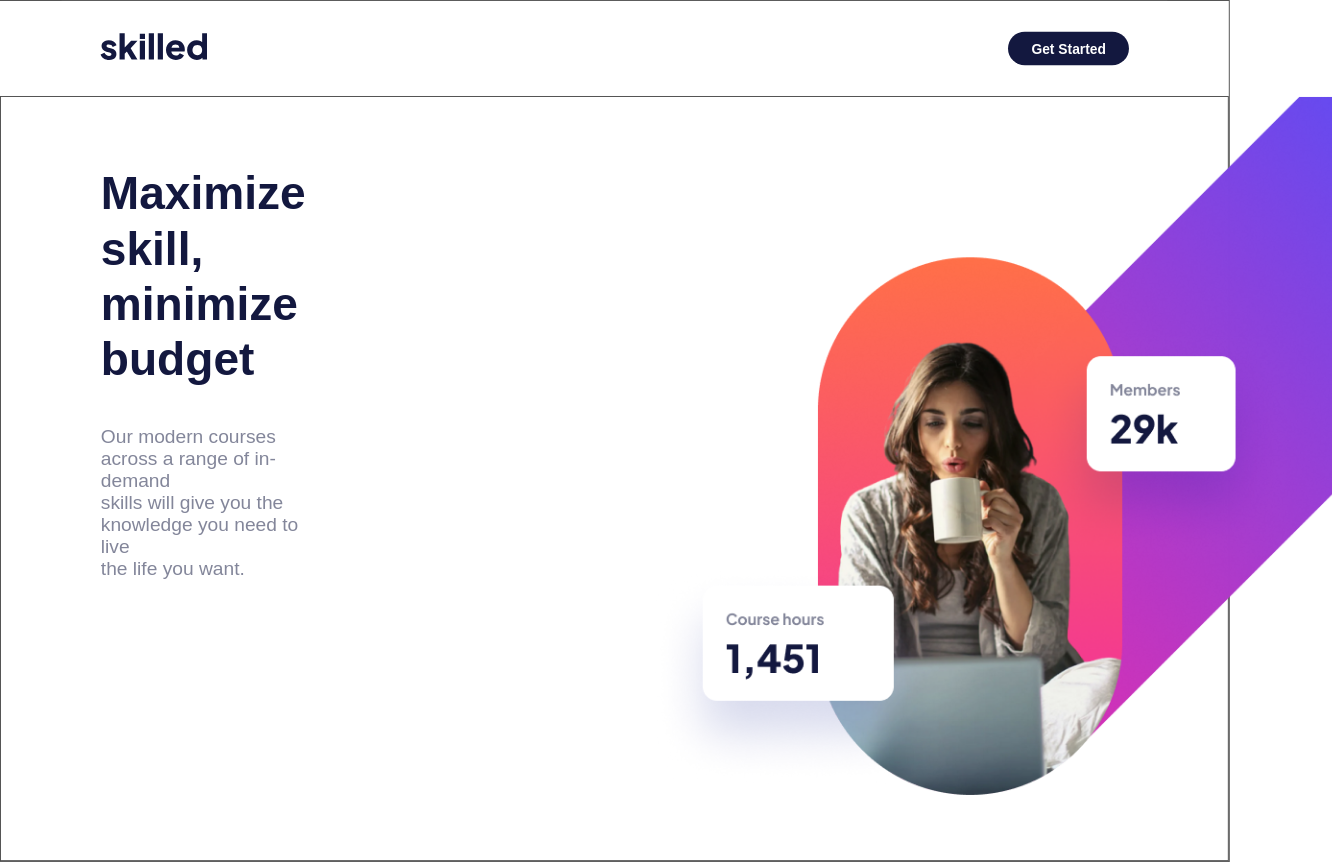
Repository: exe-walt/E-Learning-Landing-Page
Page: index.html
The author's editor kept a copy of each file at every save. The page is drawn from the files as they stood at one save, then again after a run of saves.
The browser window is 1280 px wide. The page is 1388 px wide, then 1280 px, then 1388 px, so the pictures cover 1388 px, including what lies to the right of the window. The pictures show the whole page, at 96% of full size.
Some web fonts or font styles are not loaded; a fallback is used.

Above is the page before, as saved 2025-05-27 20:53:16.

### index.html
<!DOCTYPE html>
<html lang="en">
<head>
  <meta charset="UTF-8">
  <meta name="viewport" content="width=device-width, initial-scale=1.0">
  <title>Skilled E-Learning Page</title>
  <link rel="stylesheet" href="css/style.css">
  <link href="https://fonts.cdnfonts.com/css/plus-jakarta-sans" rel="stylesheet">
</head>
<body>
  <div class="content-container">
    <nav>
      <div class="navbar">
        <ul>
          <li id="logo">
            <img src="img/skilled-logo.svg" alt="logo">
          </li>
          <li class="navbar-button">
            <button>Get Started</button>
          </li>
        </ul>
      </div>
    </nav>

    <section class="hero-section">
      <div class="hero-text">
        <h1>Maximize skill, <br>minimize budget</h1>

        <p>
          Our modern courses across a range of in-demand <br> skills will give you the knowledge you need to live <br> the life you want.
        </p>
      </div>

      <div class="hero-image">
        <img src="img/hero-img.png" alt="main-image">
      </div>
    </section>
  </div>

</body>
</html>

### css/style.css
* {
  font-family: "Plus Jakarta Sans", sans-serif;
}
body {
  margin: 0;
  display: flex;
  justify-content: center;
  align-items: center;
}

.content-container {
  background-color: #ffffff;
  max-width: 100%;
  width: 100%;
  height: auto;

  border: 1px solid #4f4f4f;
}

.navbar {
  display: flex;
  justify-content: space-between;
  align-items: center;
  padding: 2rem 2.5rem;
  background-color: white;
  margin-left: 4em;
  margin-right: 4em;
}

.navbar ul {
  display: flex;
  align-items: center;
  justify-content: space-between;
  width: 100%;
  list-style: none;
  margin: 0;
  padding: 0;
}

.logo img {
  height: 1.75rem;
  width: auto;
}

.navbar-button button {
  background-color: #13183F;
  color: white;
  border: none;
  border-radius: 999px;
  padding: 0.6rem 1.5rem;
  font-weight: 600;
  font-size: 0.9rem;
  cursor: pointer;
  transition: background-color 0.3s ease;
}

.navbar-button button:hover {
  background-color: #666ca3;
}

.hero-section{
  border: 1px solid #4f4f4f;
  display: flex;
}

.hero-text{
  margin-left: 4em;
  padding: 2rem 2.5rem;

}

.hero-text h1 {
  font-family: 'Plus Jakarta Sans', sans-serif;
  font-weight: 800; /* ExtraBold */
  font-size: 3rem;
  line-height: 1.2;
  color: #13183F;
}

.hero-text p{
  font-family: 'Plus Jakarta Sans', sans-serif;
  font-weight: 500; /* Medium */
  font-size: 1.25rem;
  color: #83869a;
}

.hero-image img{
  margin-left: 20em;
}

After the next 2 saves:
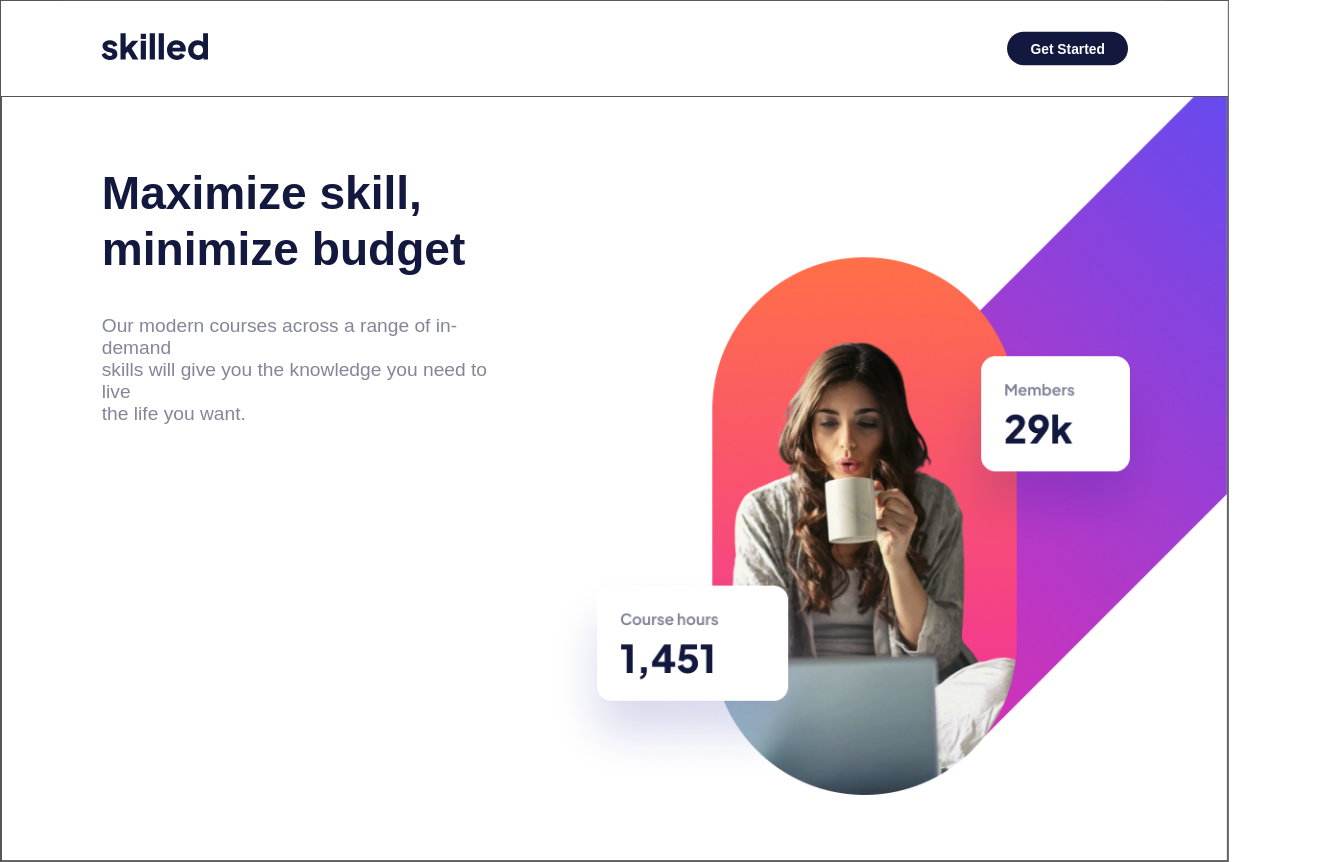
The 2 saves are shown as one change because they came seconds apart.
The last was saved 10 s later.
--- a/css/style.css
+++ b/css/style.css
@@ -85,5 +85,5 @@ body {
 }
 
 .hero-image img{
-  margin-left: 20em;
+  align-items: ;
 }

After the 3 saves that followed:
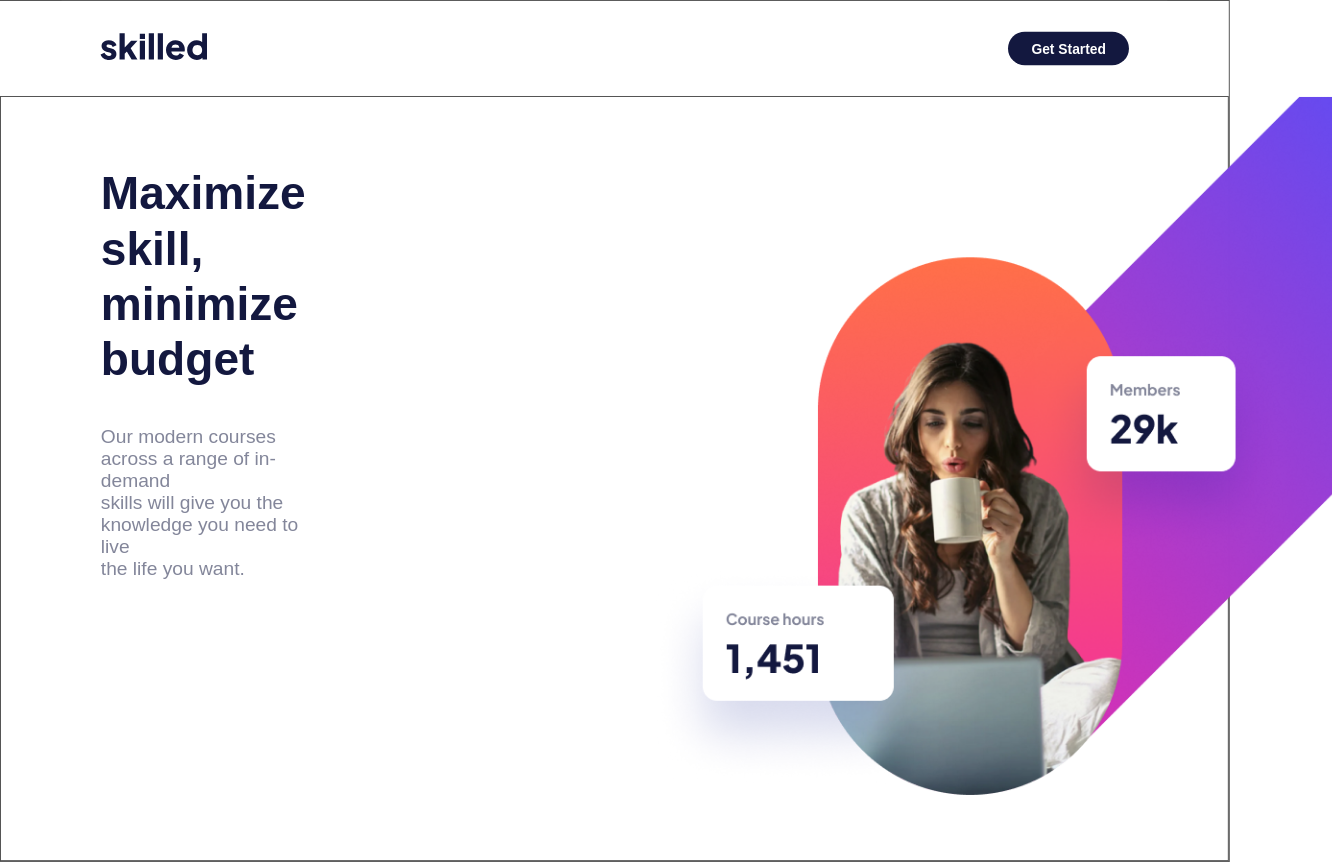
The 3 saves are shown as one change because 2 left the picture as it was.
The last was saved 26 s later.
--- a/css/style.css
+++ b/css/style.css
@@ -85,5 +85,5 @@ body {
 }
 
 .hero-image img{
-  align-items: ;
+  margin-left: 20em;
 }
